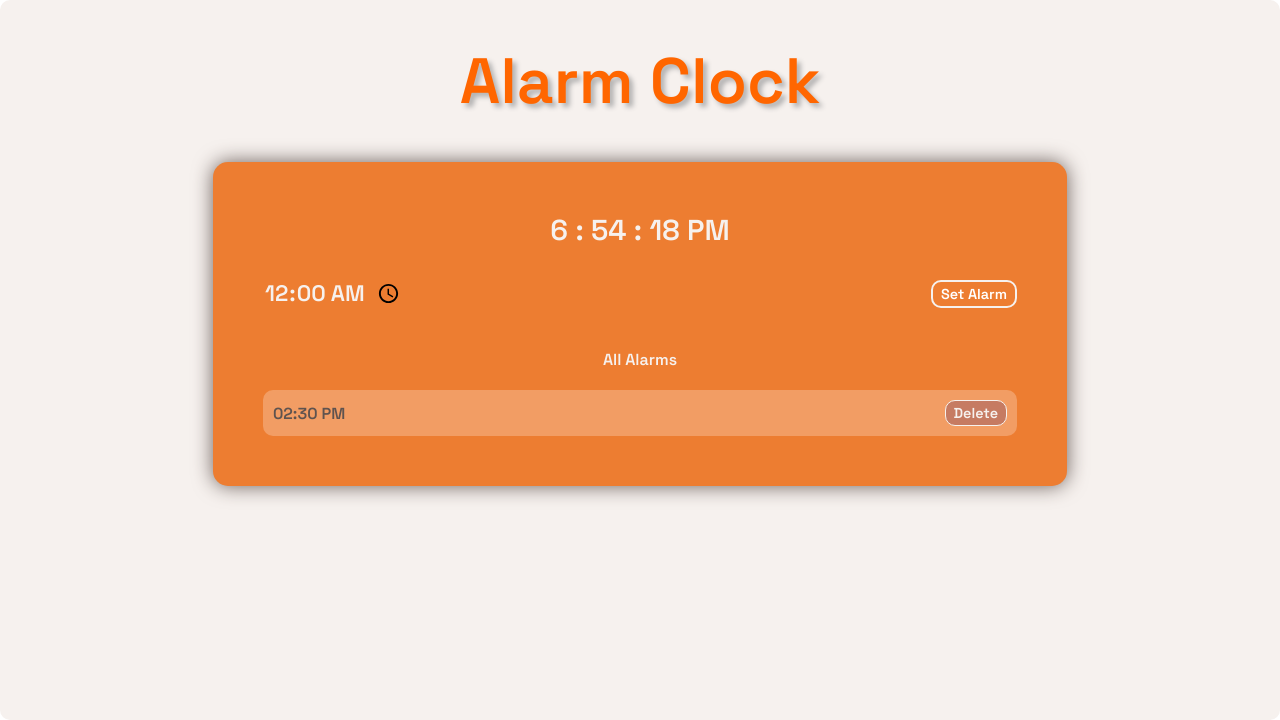
Repository: Pragya016/Alarm-Clock
Page: Index.html
The author's editor kept a copy of each file at every save. The page is drawn from the files as they stood at one save, then again after a run of saves.
The browser window is 1280 px wide. The pictures show the whole page.

Above is the page before, as saved 2024-01-19 22:28:34.

After the next 2 saves:
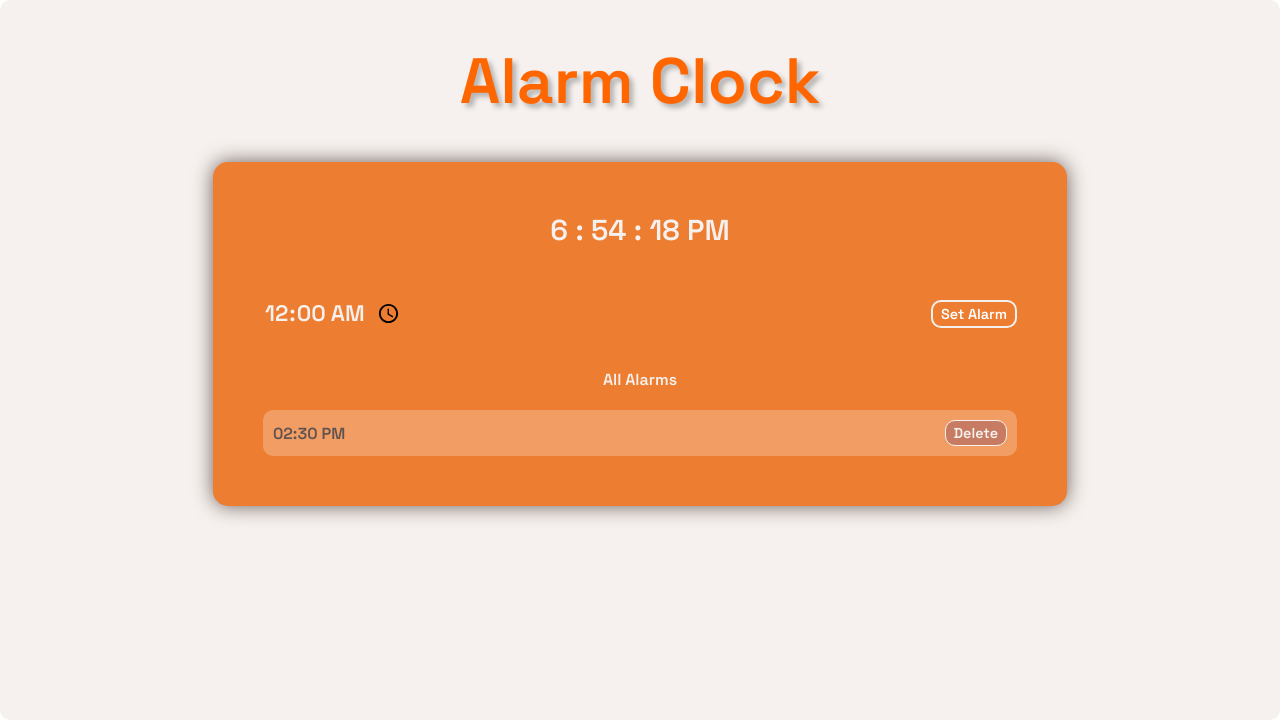
The 2 saves are shown as one change because they came seconds apart.
The last was saved 8 s later.
--- a/styles.css
+++ b/styles.css
@@ -74,7 +74,7 @@ font-family: 'Space Grotesk', sans-serif;
     display: flex;
     justify-content: space-between;
     width: 100%;
-    margin: 30px auto 20px auto;
+    margin: 50px auto 20px auto;
 }
 
 .set-time {
